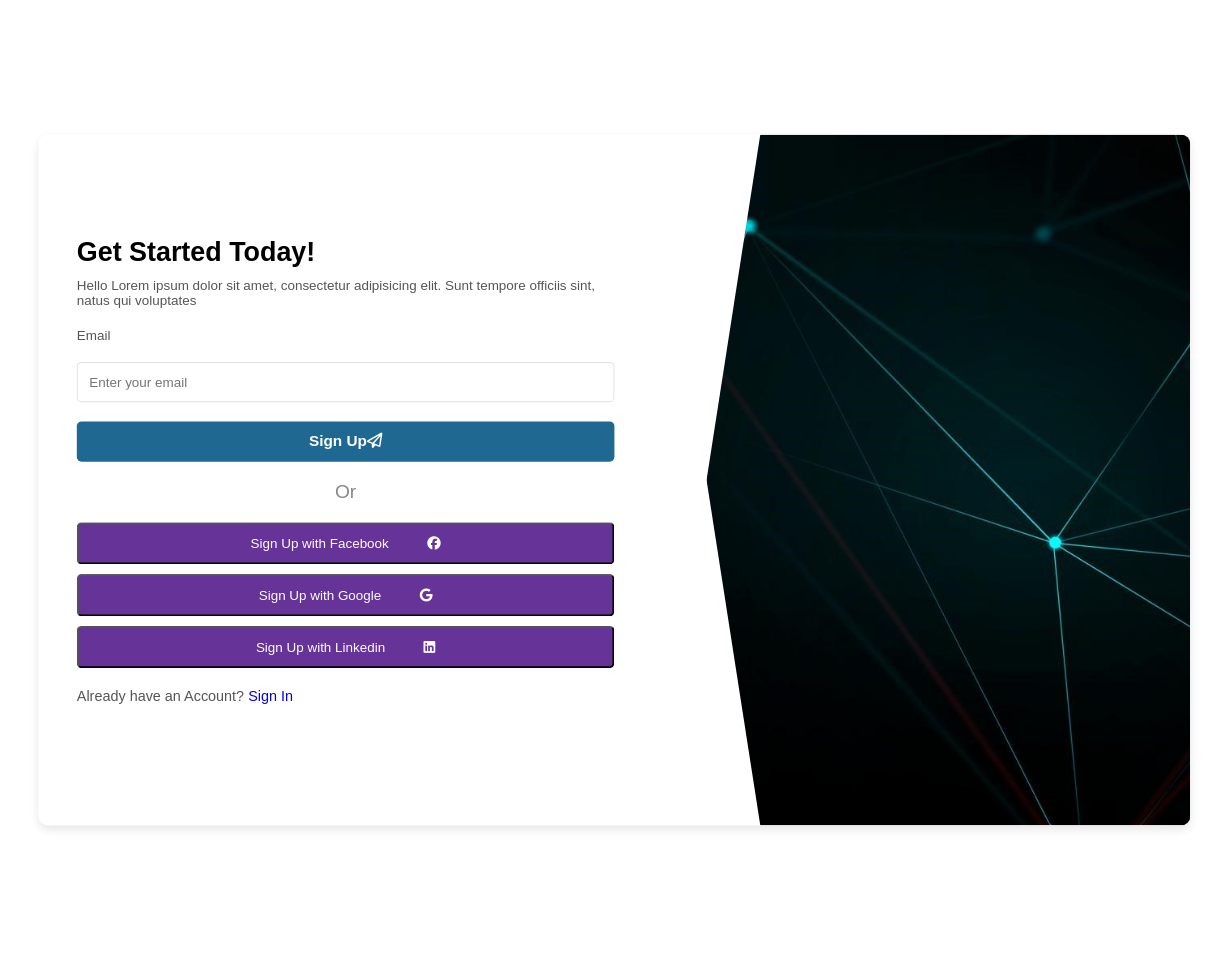
Repository: Femi007-gh/Login-V2
Page: index.html
These files come from the project's save history. The page is drawn as it stood at one moment and after the next save; the edit follows.
The browser window is 1280 px wide. The pictures show the whole page, at 96% of full size.

Above is the page before, as saved 2025-01-27 15:14:10.

### index.html
<html>
    <head>
        <title>Login-interface</title>
  <link rel="stylesheet" href="style.css">
  <link rel="stylesheet" href="https://cdnjs.cloudflare.com/ajax/libs/font-awesome/6.5.0/css/all.min.css">
    </head>
    <body>
        <div class="container">
            <div class="left-session">
                <div class="form-container">
                    <h1>Get Started Today!</h1>
                    <p> Hello Lorem ipsum dolor sit amet, consectetur adipisicing elit. Sunt tempore officiis sint, natus qui voluptates </p>
                    <form>
                        <div class="input-group">
                            <p>Email</p>
                            <input type="email" id="email" placeholder="Enter your email" required>
                        </div>
                        <button class="primary-btn" type="submit">Sign Up<i class="fa-regular fa-paper-plane"></i></button>
                    </form>
                    <p class="divider">Or</p>
                    <div class="social-buttons">
                        <button class="social-btn facebook-btn">
                            Sign Up with Facebook<i class="fa-brands fa-facebook"></i>
                        </button>
                        <button class="social-btn google-btn">
                            Sign Up with Google<i class="fa-brands fa-google"></i>
                        </button>
                        <button class="social-btn Linkedin-btn">
                            Sign Up with Linkedin<i class="fa-brands fa-linkedin"></i>
                        </button>
                    </div>
                    <p class="signin-text">Already have an Account? <a href="#">Sign In</a></p>
                </div>
            </div>
            <div class="right-section"></div>
        </div>
    </body>
</html>

### style.css
* {
   padding: 0;
   margin: 0;
   box-sizing: border-box;
}

body {
    font-family: sans-serif;
    background-color: #fff;
    display: flex;
    justify-content: center;
    align-items: center;
    height: 1000px;
}

.container {
  display: flex;
  max-width: 1200px;
  width: 100%;
  background-color: #fff;
  border-radius: 10px;
  overflow: hidden;
  box-shadow: 0 4px 10px rgba(0, 0, 0, 0.1);
}

.left-session {
  flex: 1;
  padding: 40px;
  display: flex;
  justify-content: center;
  align-items: center;
}

h1 {
  font-size: 28px;
  font-weight: bold;
  margin-bottom: 10px;
}

p {
  font-size: 14px;
  color: #555;
  margin-bottom: 20px;
}

.input-group {
  margin-bottom: 20px;
}

.input-group input {
  width: 100%;
  padding: 12px;
  font-size: 14px;
  border: 1px solid #dddd;
  border-radius: 5px;
}

.primary-btn {
  width: 100%;
  padding: 12px;
  background-color: #1F6891;
  color: white;
  border: none;
  border-radius: 5px;
  font-size: 16px;
  font-weight: bold;
  cursor: pointer;
}

.primary-btn:hover {
  background-color: #005a8c;
}

.divider {
  font-size: 20px;
  color: #888;
  margin: 20px 0;
  text-align: center;
}

.social-buttons {
  display: flex;
  flex-direction: column;
  gap: 10px;
}

.social-btn {
  width: 100%;
  padding: 12px;
  font-size: 14px;
  border-radius: 5px;
  color: white;
  display: flex;
  align-items: center;
  justify-content: center;
  background-color: rebeccapurple;
}

.signin-text {
  font-size: 15px;
  margin-top: 20px;
}

.signin-text a {
  text-decoration: none;
}

.right-section {
  flex: 1;
  background: url(ART.jpg) no-repeat center center/cover;
  clip-path: polygon(20% 0%, 100% 0%, 100% 100%, 20% 100%, 10% 50%);
  height: 100vh; /* Adjust height as needed */
}

.fa-brands {
  padding-left: 40px;
}

After the next save:
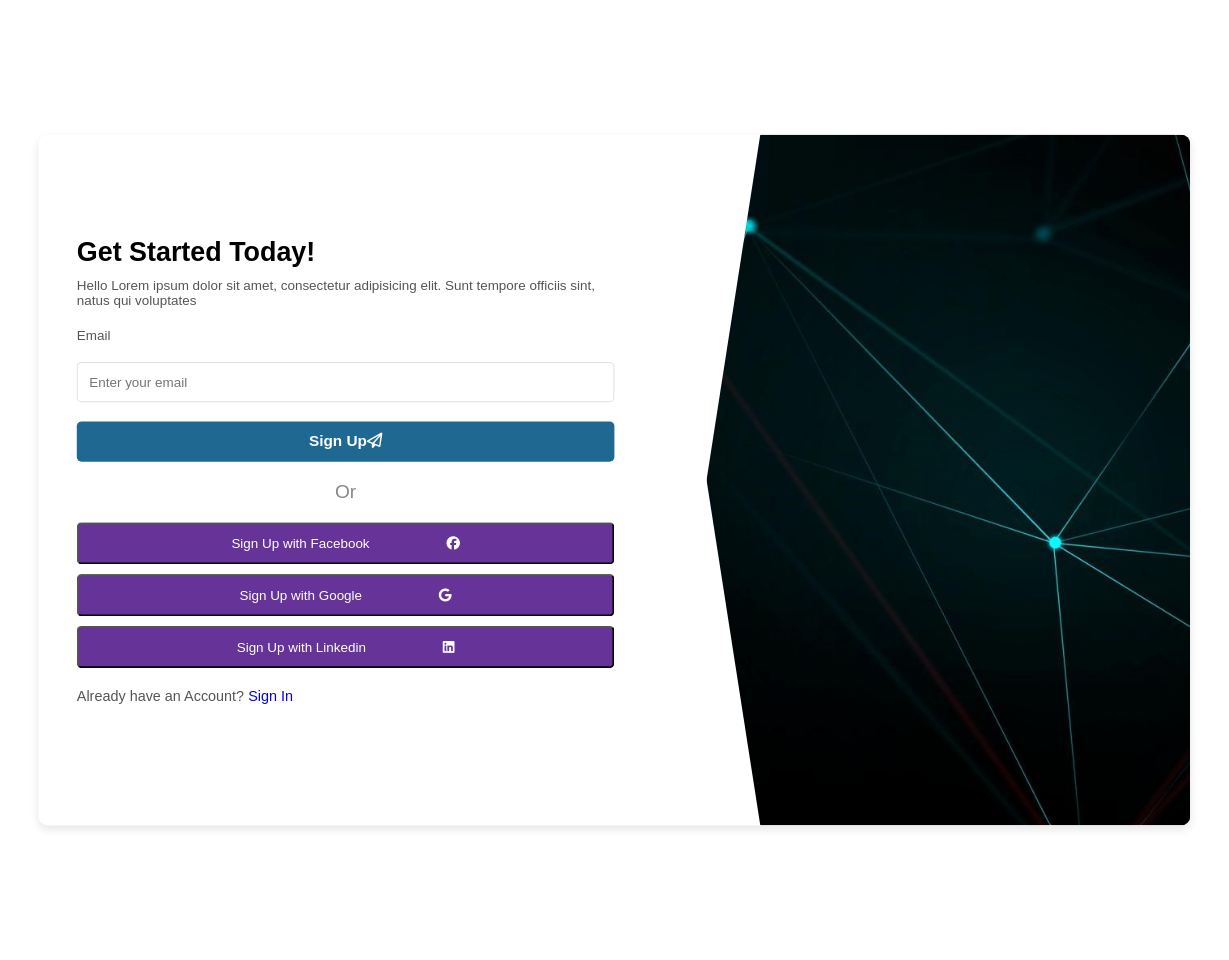
Saved 8 s later.
--- a/style.css
+++ b/style.css
@@ -113,5 +113,5 @@ p {
 }
 
 .fa-brands {
-  padding-left: 40px;
+  padding-left: 80px;
 }
